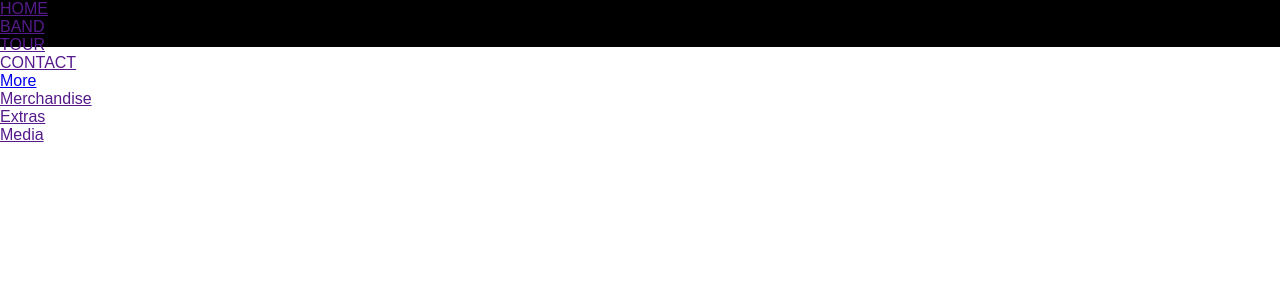
Repository: thanhsonnguyen-gif/f8-learn
Page: index.html
An editor plug-in stored every save of this project. The page is shown before and after the next save, followed by the edit.
The browser window is 1280 px wide. The pictures show the whole page.

Above is the page before, as saved 2022-06-23 09:43:25.

### index.html
<!DOCTYPE html>
<html lang="en">
<head>
    <meta charset="UTF-8">
    <meta http-equiv="X-UA-Compatible" content="IE=edge">
    <meta name="viewport" content="width=device-width, initial-scale=1.0">
    <title>Document</title>
    <link rel="stylesheet" href="./assets/css/style.css">
</head>
<body>
    <div id="main">
        <div id="header">
            <ul id="nav">
                <li><a href="">HOME</a></li>
                <li><a href="">BAND</a></li>
                <li><a href="">TOUR</a></li>
                <li><a href="">CONTACT</a></li>
                <li>
                    <a href="#">More</a>
                    <ul class="subnav">
                        <li><a href="">Merchandise</a></li>
                        <li><a href="">Extras</a></li>
                        <li><a href="">Media</a></li>
                    </ul>
                </li>
            </ul>
        </div>
        <div id="slide">

        </div>
        <div id="content">

        </div>
        <div id="footer">

        </div>
    </div>
</body>
</html>

### assets/css/style.css
*{
    padding: 0;
    margin: 0;
    box-sizing: border-box;
}

#main {

}

html{
    font-family: Arial, Helvetica, sans-serif;
}

#header {
background-color: #000;
height: 46.5px;
text-decoration: none;
color: #fff;
}

#slide {

}

#content {

}

#footer {

}

After the next save:
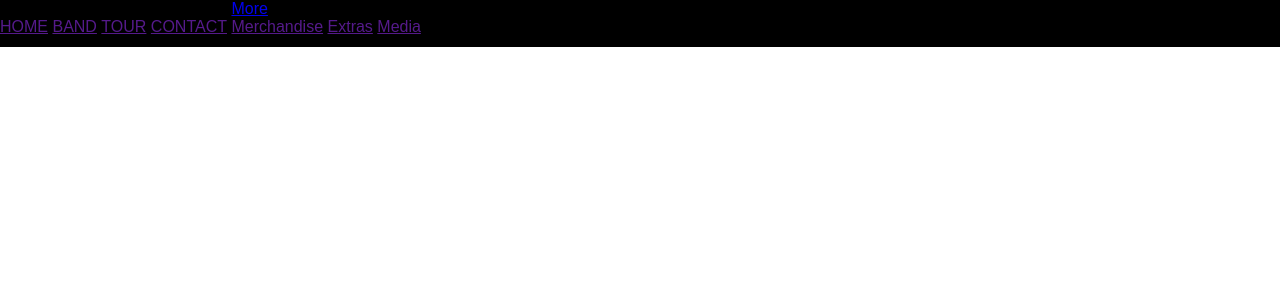
Saved 92 s later.
--- a/assets/css/style.css
+++ b/assets/css/style.css
@@ -19,6 +19,10 @@
 color: #fff;
 }
 
+#nav li {
+    display: inline-block;
+}
+
 #slide {
 
 }
